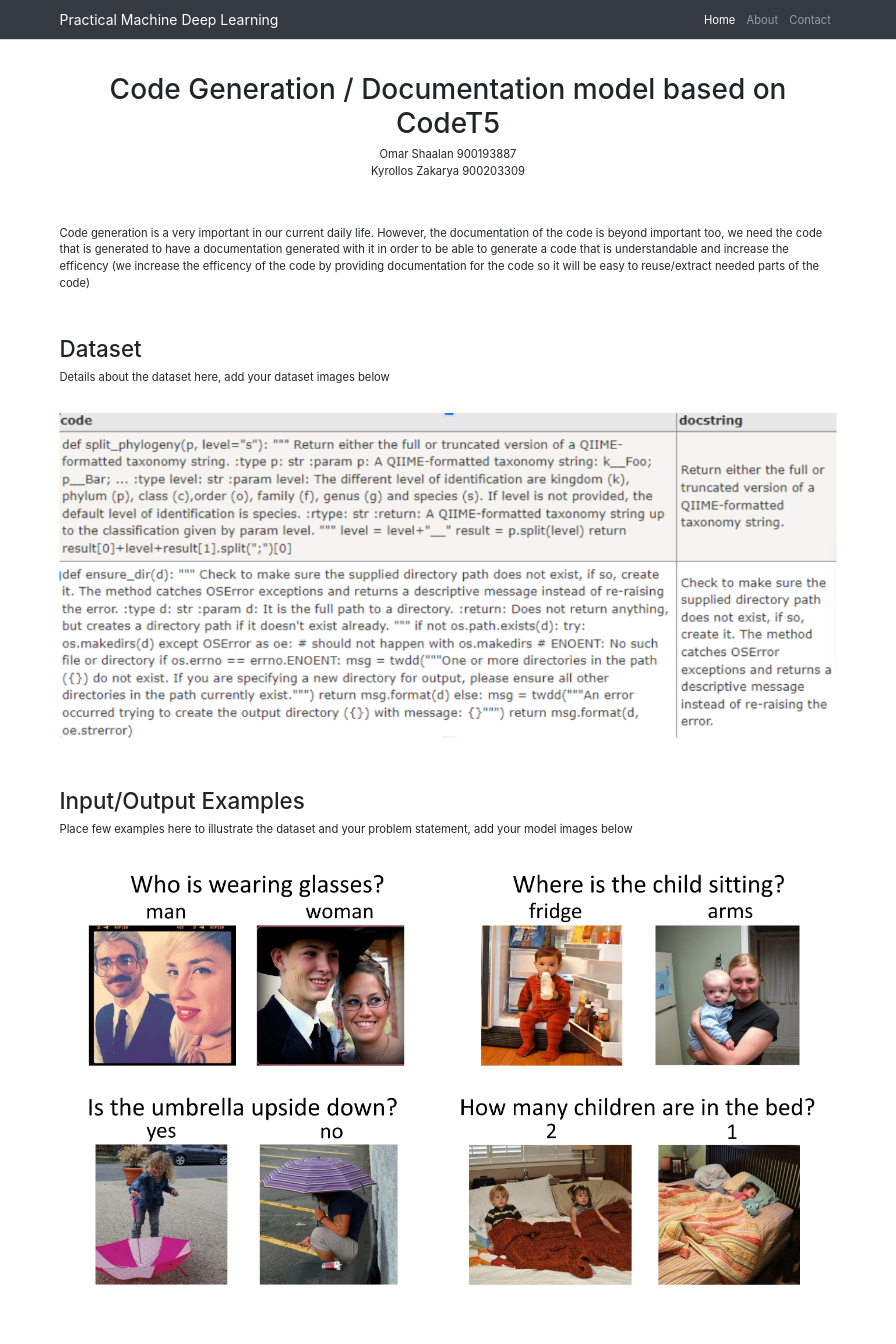
Repository: Shaalan-omar/ConcodePlus
Page: team-specific/index.html
These files come from the project's save history. The page is drawn as it stood at one moment and after the next save; the edit follows.
The browser window is 1280 px wide. The pictures show the part of the page from y = 0 to 1920 px (the page is 5917 px tall before and 5965 px after), at 70% of full size.

Above is the page before, as saved 2023-05-11 09:17:03.

### team-specific/index.html
<!DOCTYPE html>
<html lang="en">

<head>

  <meta charset="utf-8">
  <meta name="viewport" content="width=device-width, initial-scale=1, shrink-to-fit=no">
  <meta name="description" content="">
  <meta name="author" content="">

  <title>Code Generation / Documentation model based on CodeT5</title>

  <!-- Bootstrap core CSS -->
  <link href="../vendor/bootstrap/css/bootstrap.min.css" rel="stylesheet">

</head>

<body>

  <!-- Navigation -->
  <nav class="navbar navbar-expand-lg navbar-dark bg-dark static-top">
    <div class="container">
      <a class="navbar-brand" href="../home.html">Practical Machine Deep Learning</a>
      <button class="navbar-toggler" type="button" data-toggle="collapse" data-target="#navbarResponsive" aria-controls="navbarResponsive" aria-expanded="false" aria-label="Toggle navigation">
        <span class="navbar-toggler-icon"></span>
      </button>
      <div class="collapse navbar-collapse" id="navbarResponsive">
        <ul class="navbar-nav ml-auto">
          <li class="nav-item active">
            <a class="nav-link" href="../home.html">Home
              <span class="sr-only">(current)</span>
            </a>
          </li>
          <li class="nav-item">
            <a class="nav-link" href="../about.html">About</a>
          </li>
          <li class="nav-item">
            <a class="nav-link" href="../contact.html">Contact</a>
          </li>
        </ul>
      </div>
    </div>
  </nav>

  <!-- Page Content -->
  <div class="container">
    <div class="row">
      <div class="col-lg-12 text-center">
        <h1 class="mt-5">Code Generation / Documentation model based on CodeT5</h1>
        <ul class="list-unstyled">
          <li>Omar Shaalan 900193887</li>
          <li>Kyrollos Zakarya 900203309</li>
        </ul>
      </div>
    </div>


    <div class="row">
      <div class="col-lg-12 text-left">
        <h2 class="mt-5"></h2>
		<p>
			Code generation is a very important in our current daily life. However, the documentation of the code is beyond important too,
      we need the code that is generated to have a documentation generated with it in order to be able to generate a code that is understandable
      and increase the efficency (we increase the efficency of the code by providing documentation for the code so it will be easy to reuse/extract needed parts of the code)
		</p>
      </div>
    </div>

    <div class="row">
      <div class="col-lg-12 text-left">
        <h2 class="mt-5">Dataset</h2>

        <p>
			Details about the dataset here, add your dataset images below
		</p>

		<br/> <!-- Empty Line before the image -->
	    <div class="img-container" align="center"> <!-- Block parent element -->
      		<img src="resources/images/dataset.png" class="img-fluid text-center">
    	</div>
    	<br/> <!-- Empty Line after the image -->
      </div>
    </div>

    <div class="row">
      <div class="col-lg-12 text-left">
        <h2 class="mt-5">Input/Output Examples</h2>

        <p>
			Place few examples here to illustrate the dataset and your problem statement, add your model images below
		</p>

		<br/> <!-- Empty Line before the image -->
	    <div class="img-container" align="center"> <!-- Block parent element -->
      		<img src="resources/images/examples.jpg" class="img-fluid text-center">
    	</div>
    	<br/> <!-- Empty Line after the image -->
      </div>
    </div>


    <div class="row">
      <div class="col-lg-12 text-left">
        <h2 class="mt-5">State of the art</h2>

        <p>
			State here state of the art models and their accuracies, you might need to do this by including images of tables
		</p>

		<br/> <!-- Empty Line before the image -->
	    <div class="img-container" align="center"> <!-- Block parent element -->
      		<img src="resources/images/state-of-the-art-results.png" class="img-fluid text-center">
    	</div>
    	<br/> <!-- Empty Line after the image -->
      </div>
    </div>

    <div class="row">
      <div class="col-lg-12 text-left">
        <h2 class="mt-5">Orignial Model from Literature</h2>

        <p>
			Details about the model here, add your model images below
		</p>

		<br/> <!-- Empty Line before the image -->
	    <div class="img-container" align="center"> <!-- Block parent element -->
      		<img src="resources/images/model.png" class="img-fluid text-center">
    	</div>
    	<br/> <!-- Empty Line after the image -->
      </div>
    </div>

    <div class="row">
      <div class="col-lg-12 text-left">
        <h2 class="mt-5">Proposed Updates</h2>

        <p>
			Add all the model updates you made here, need as many images as you wish
		</p>

		<h5 class="mt-5">Update #1: Used new bla bla</h5>
		<p>
			details here
		</p>
		<br/> <!-- Empty Line before the image -->
	    <div class="img-container" align="center"> <!-- Block parent element -->
      		<img src="resources/images/update1.jpeg" class="img-fluid text-center">
    	</div>
    	<br/> <!-- Empty Line after the image -->

		<h5 class="mt-5">Update #2: Used new whatever</h5>
		<p>
			details here
		</p>
		<br/> <!-- Empty Line before the image -->
	    <div class="img-container" align="center"> <!-- Block parent element -->
      		<img src="resources/images/update2.png" class="img-fluid text-center">
    	</div>
    	<br/> <!-- Empty Line after the image -->
      </div>
    </div>


    <div class="row">
      <div class="col-lg-12 text-left">
        <h2 class="mt-5">Results</h2>

        <p>
			Add your results here, add graphs and images to illustrate it.
			Compare your results to the original model and state of the art
		</p>

		<br/> <!-- Empty Line before the image -->
	    <div class="img-container" align="center"> <!-- Block parent element -->
      		<img src="resources/images/results.png" class="img-fluid text-center">
    	</div>
    	<br/> <!-- Empty Line after the image -->
      </div>
    </div>


    <div class="row">
      <div class="col-lg-12 text-left">
        <h2 class="mt-5">Technical report</h2>

        <p>
			Here you will detail the details related to training, for example:
		</p>

	 	<ul>
		  <li>Programming framework</li>
		  <li>Training hardware i.e. colab or azure or anything else</li>
		  <li>Training time</li>
		  <li>Number of epochs</li>
		  <li>Time per epoch</li>
		  <li>Any other important detail or difficulties</li>
		</ul>
      </div>
    </div>

	<div class="row">
	  <div class="col-lg-12 text-left">
	    <h2 class="mt-5">Conclusion</h2>

	    <p>
			Conclusion and future work (including lessons learned and interesting findings
		</p>

	  </div>
	</div>

	<div class="row">
	  <div class="col-lg-12 text-left">
	    <h2 class="mt-5">References</h2>

	    <p>
	    	List all references here, the following are only examples
	    </p>

		<ol>
		  <li><a href="http://www.google.com">Problem statement url</a></li>
		  <li><a href="http://www.google.com">Dataset URL</a></li>
		  <li><a href="http://www.google.com">Model Reference URL</a></li>
		</ol>
	  </div>
	</div>

  </div>



  <!-- Bootstrap core JavaScript -->
  <script src="../vendor/jquery/jquery.slim.min.js"></script>
  <script src="../vendor/bootstrap/js/bootstrap.bundle.min.js"></script>

</body>

</html>

Loaded but not shown: vendor/bootstrap/css/bootstrap.min.css (library); vendor/jquery/jquery.slim.min.js (library); vendor/bootstrap/js/bootstrap.bundle.min.js (library)

After the next save:
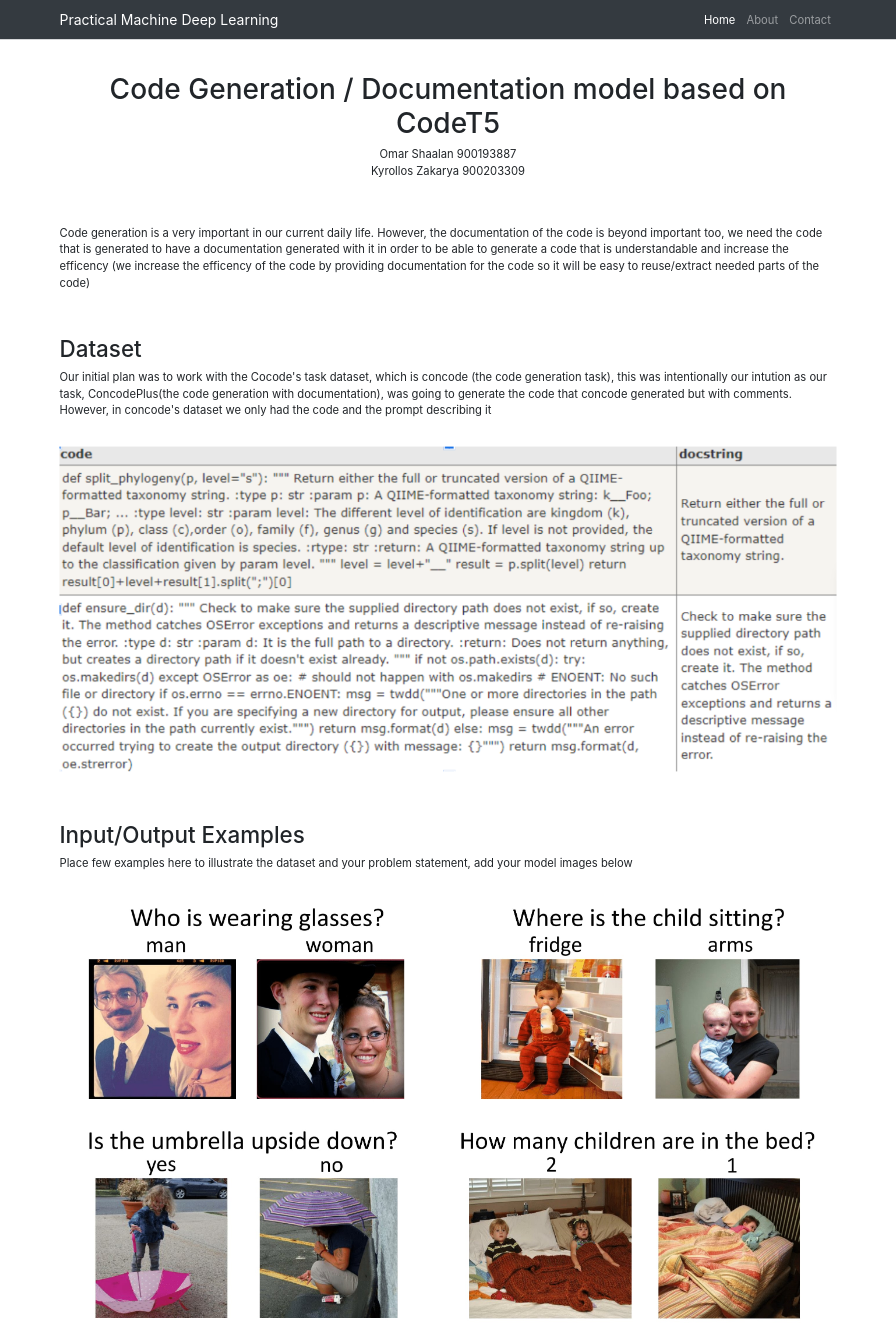
Saved 32 min 18 s later.
--- a/team-specific/index.html
+++ b/team-specific/index.html
@@ -71,7 +71,9 @@
         <h2 class="mt-5">Dataset</h2>
 
         <p>
-			Details about the dataset here, add your dataset images below
+			Our initial plan was to work with the Cocode's task dataset, which is concode (the code generation task), this was intentionally our intution
+      as our task, ConcodePlus(the code generation with documentation), was going to generate the code that concode generated but with comments. However,
+      in concode's dataset we only had the code and the prompt describing it
 		</p>
 
 		<br/> <!-- Empty Line before the image -->
